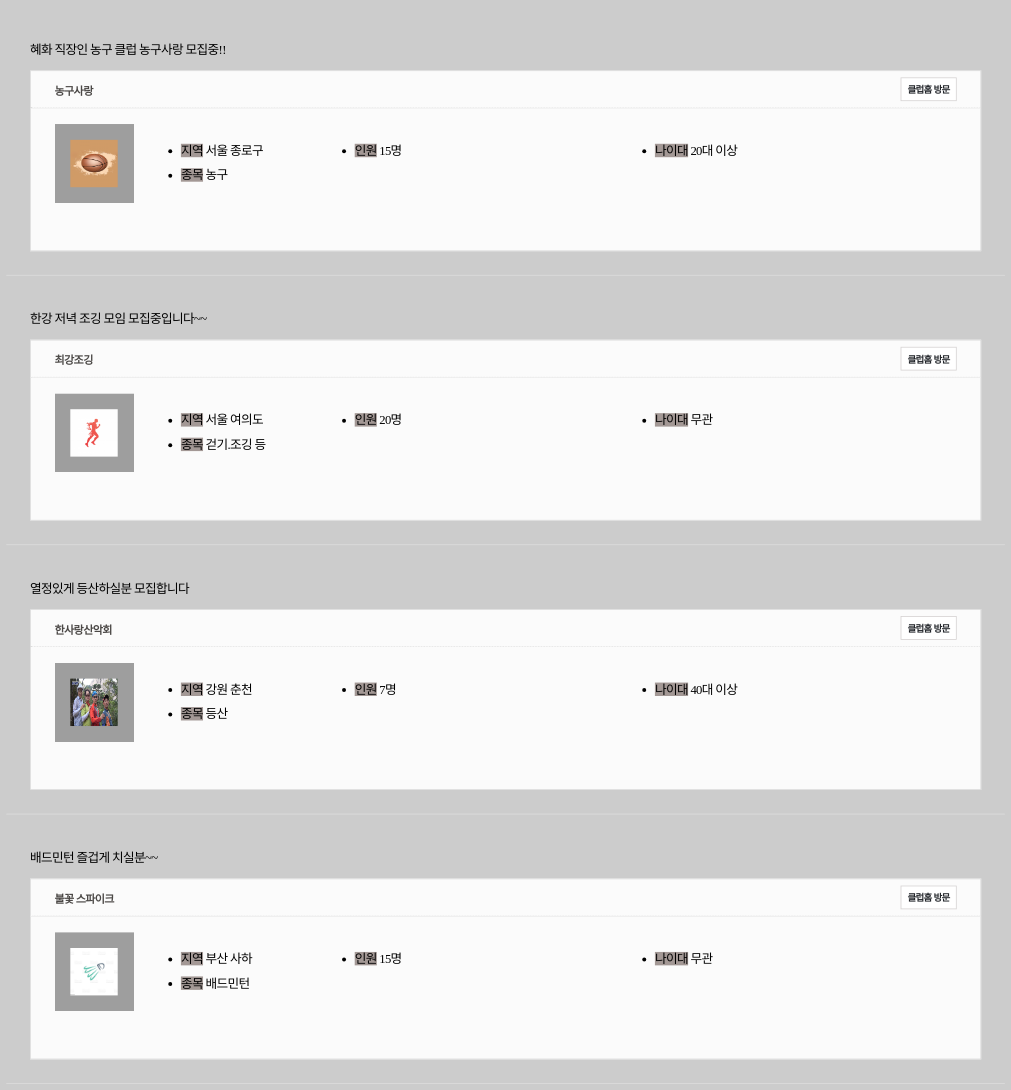
Repository: jaemin333/study
Page: club.html
These files come from the project's save history. The page is drawn as it stood at one moment and after the next save; the edit follows.
The browser window is 1280 px wide. The pictures show the whole page, at 79% of full size.
Pictures or frames that could not be fetched are drawn as grey boxes.

Above is the page before, as saved 2021-07-02 21:35:17.

### club.html
<!DOCTYPE html>
<html lang="ko">
<head>
    <meta charset="UTF-8">
    <meta http-equiv="X-UA-Compatible" content="IE=edge">
    <meta name="viewport" content="width=device-width, initial-scale=1.0">
    <link rel ="stylesheet" type = "text/css" href = "style.css">
    <title>club</title>
</head>
<body>
    <div class = "clubList">
    <div class = "clubBox">
        <p class = "clubTip">
            <a>혜화 직장인 농구 클럽 농구사랑 모집중!!</a>
        </p>
    <div class ="cbClubName">
        <a>농구사랑</a>
        <a class ="iButton">클럽홈 방문</a>
    </div>

    <div class ="cbInfo">
        <div class="cbMark">
            <span class="clubmark">
                <img src = "bask.png" width="60" height=60">
        </div>
    <ul>
        <li>
            <span class = "info dark">지역</span>
             서울 종로구
        </li>
        <li style = "width:380px;">
            <span class = "info dark">인원</span>
             15명
        </li>
        <li style = "width:380px;">
            <span class = "info dark">나이대</span>
             20대 이상
        </li>
        <li style = "width:380px;">
            <span class = "info dark">종목</span>
             농구
        </li>
    </ul>
    </div>
    </div>
    </div>

    <div class = "clubList">
        <div class = "clubBox">
            <p class = "clubTip">
                <a>한강 저녁 조깅 모임 모집중입니다~~</a>
            </p>
        <div class ="cbClubName">
            <a>최강조깅</a>
            <a class ="iButton">클럽홈 방문</a>
        </div>

        <div class ="cbInfo">
            <div class="cbMark">
                <span class="clubmark">
                    <img src = "run.jpg" width="60" height="60">
            </div>
        <ul>
            <li>
                <span class = "info dark">지역</span>
                 서울 여의도
            </li>
            <li style = "width:380px;">
                <span class = "info dark">인원</span>
                 20명
            </li>
            <li style = "width:380px;">
                <span class = "info dark">나이대</span>
                 무관
            </li>
            <li style = "width:380px;">
                <span class = "info dark">종목</span>
                 걷기.조깅 등
            </li>
        </ul>
        </div>
        </div>
        </div>

        <div class = "clubList">
            <div class = "clubBox">
                <p class = "clubTip">
                    <a>열정있게 등산하실분 모집합니다</a>
                </p>
            <div class ="cbClubName">
                <a>한사랑산악회</a>
                <a class ="iButton">클럽홈 방문</a>
            </div>

            <div class ="cbInfo">
                <div class="cbMark">
                    <span class="clubmark">
                        <img src = "hike.png" width="60" height="60">
                </div>
            <ul>
                <li>
                    <span class = "info dark">지역</span>
                     강원 춘천
                </li>
                <li style = "width:380px;">
                    <span class = "info dark">인원</span>
                     7명
                </li>
                <li style = "width:380px;">
                    <span class = "info dark">나이대</span>
                     40대 이상
                </li>
                <li style = "width:380px;">
                    <span class = "info dark">종목</span>
                     등산
                </li>
            </ul>
            </div>
            </div>
            </div>


            <div class = "clubList">
                <div class = "clubBox">
                    <p class = "clubTip">
                        <a>배드민턴 즐겁게 치실분~~</a>
                    </p>
                <div class ="cbClubName">
                    <a>불꽃 스파이크</a>
                    <a class ="iButton">클럽홈 방문</a>
                </div>

                <div class ="cbInfo">
                    <div class="cbMark">
                        <span class="clubmark">
                            <img src = "badminton.jpg" width="60" height="60">
                    </div>
                <ul>
                    <li>
                        <span class = "info dark">지역</span>
                         부산 사하
                    </li>
                    <li style = "width:380px;">
                        <span class = "info dark">인원</span>
                         15명
                    </li>
                    <li style = "width:380px;">
                        <span class = "info dark">나이대</span>
                         무관
                    </li>
                    <li style = "width:380px;">
                        <span class = "info dark">종목</span>
                         배드민턴
                    </li>
                </ul>
                </div>
                </div>
                </div>








</body>
</html>

### style.css
div {
    display:block;
}



body {
    background-color: #ccc;
    word-break: break-all;
    -ms-word-break: break-all;
    letter-spacing: -0.050em;
}


.clubBox{
    position: relative;
    padding: 25px 30px 30px 30px;
    border-bottom: 1px solid #dddddd;
}


ul{
    display: block;
    margin-block-start: 1em;
    margin-block-end: 1em;
    margin-inline-start: 0px;
    margin-inline-end: 0px;
    padding-inline-start: 40px;
}

.clubBox li .info.dark{
    background-color: #a39895;
}

.iButton {
    display: inline-block;
    height: 18px;
    padding: 5px 8px;
    font-size: 12px;
    font-weight: bold;
    color: #24272c;
    text-align: center;
    background-color: white;
    border: 1px solid #d4d1d1;
}

.clubBox .iButton {
    position: absolute;
    top: 8px;
    right: 30px;
}

li {
    display: list-item;
    text-align: -webkit-match-parent;
}

.clubBox .cbInfo li {
    float: left;
    width: 220px;
    margin: 4px 0 3px 0;
    font-size: 16px;
    color: black;
}

.cbClubName {
    padding-bottom: 10px;
}

.clubBox .cbInfo {
    position: relative;
    padding: 20px;
    padding-left: 150px;
    border: 1px solid #dadada;
    border-top: 0;
    background-color: #fbfbfb;
    height:140px;
}

.clubBox .clubTit {
    margin-bottom: 15px;
    font-size: 16px;
    font-weight: bold;
    color: black;
}

p {
    display: block;
    margin-block-start: 1em;
    margin-block-end: 1em;
    margin-inline-start: 0px;
    margin-inline-end: 0px;
}

.clubBox .cbClubName {
    position: relative;
    padding: 14px 30px 12px 30px;
    font-size: 14px;
    font-weight: bold;
    color: #4b4846;
    border: 1px solid #dadada;
    border-bottom: 1px dotted #dddddd;
    background-color: #fbfbfb;
}

.clubBox .cbMark {
    position: absolute;
    top: 20px;
    left: 30px;
    background: url(https://img.sa.nexon.com/assets/clan/clamark_bg.jpg) no-repeat;
    width: 60px;
    height: 60px;
    padding: 20px 20px;
}

.clubTip a {
    color: black;
    text-decoration: none;
}

After the next save:
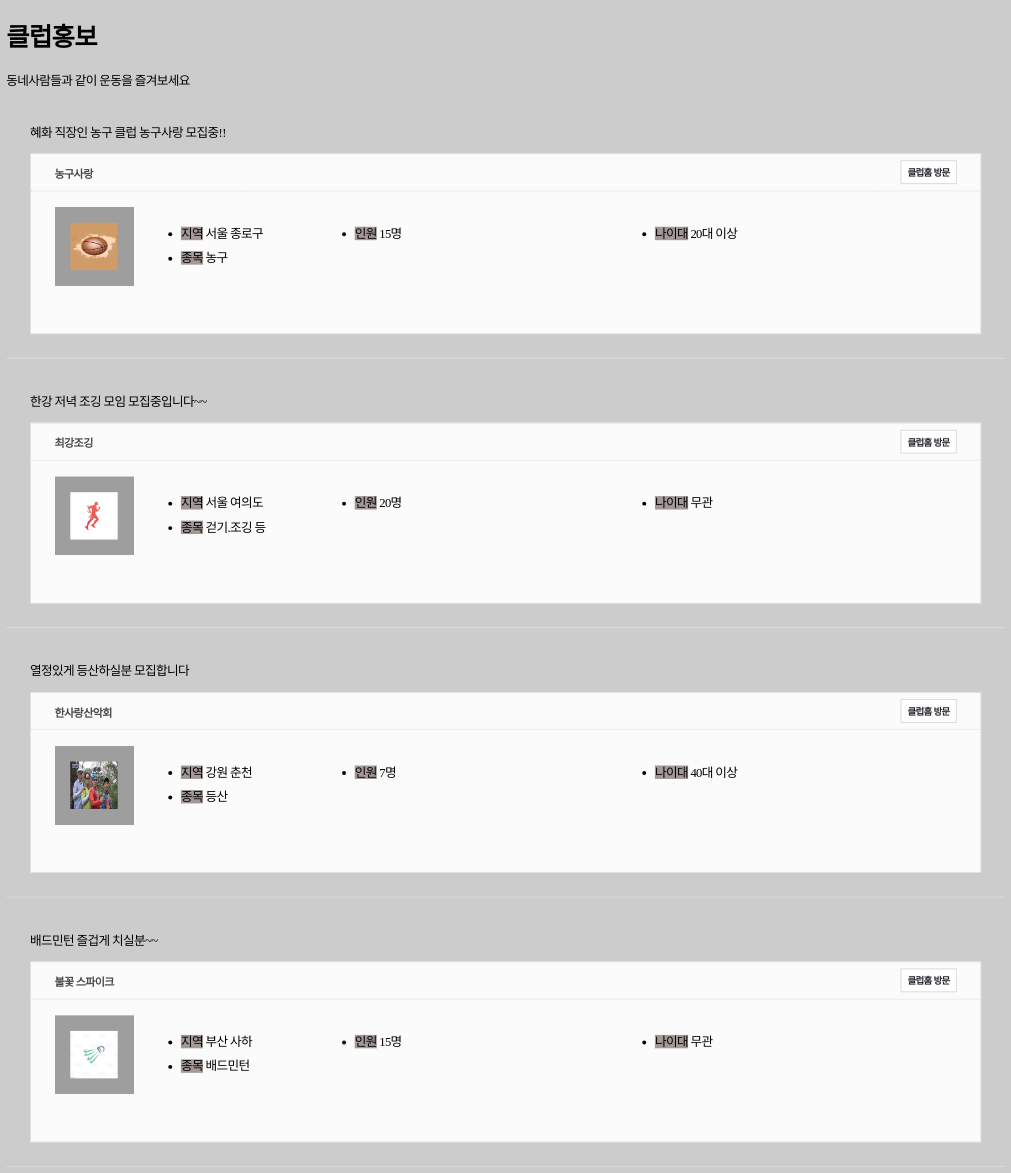
Saved 16 min 47 s later.
--- a/club.html
+++ b/club.html
@@ -8,6 +8,11 @@
     <title>club</title>
 </head>
 <body>
+    <div class="title">
+        <h1 class="h1">클럽홍보</h1>
+        <span class = "sentence">동네사람들과 같이 운동을 즐겨보세요</span>
+    </div>
+
     <div class = "clubList">
     <div class = "clubBox">
         <p class = "clubTip">
